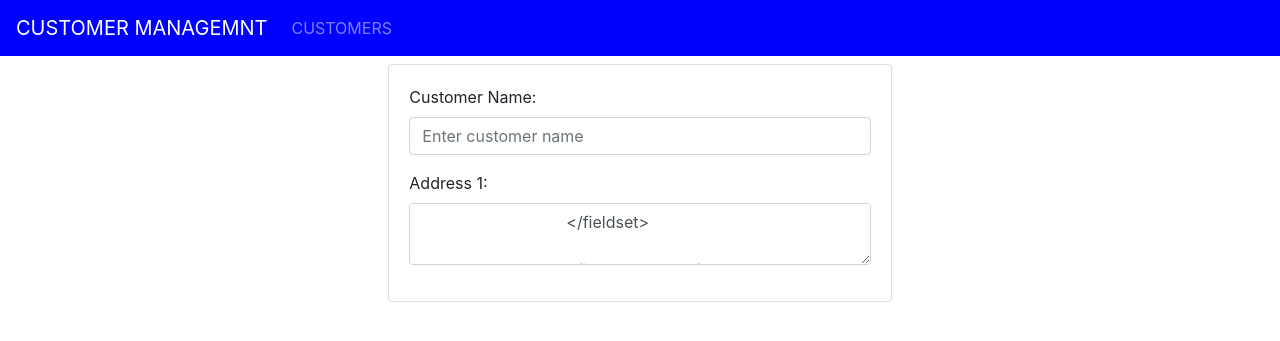
Repository: shruti-2522/webdirekt-assignment
Page: http://localhost/Customer-Project/customer-form.jsp
The author's editor kept a copy of each file at every save. The page is drawn from the files as they stood at one save, then again after the next save.
The browser window is 1280 px wide. The pictures show the whole page.
The page is served by Tomcat 9.

Above is the page before, as saved 2021-07-05 10:34:59.

After the next save:
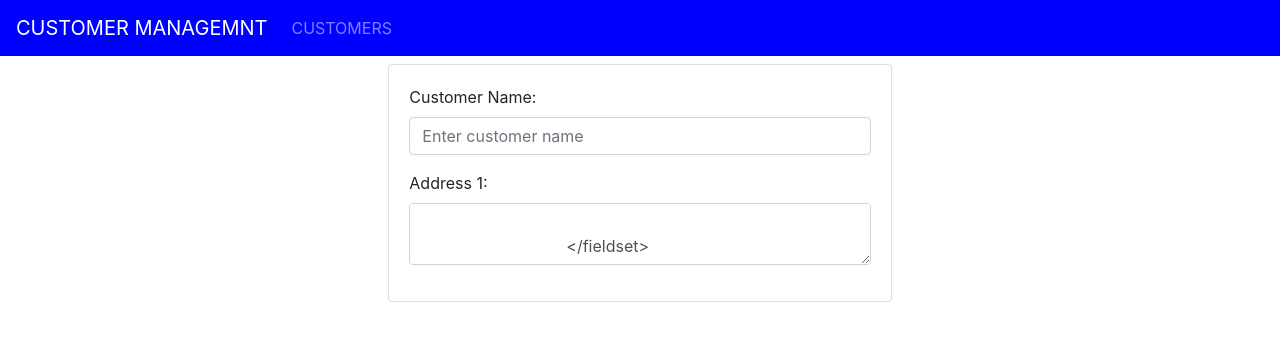
Saved 17 s later.
--- a/Customer-Project/src/main/webapp/customer-form.jsp
+++ b/Customer-Project/src/main/webapp/customer-form.jsp
@@ -39,13 +39,17 @@
 
 
 				<fieldset class="form-group">
-					<label>Address 1:</label> <textarea
-						class="form-control" placeholder="Enter address here" required>
+					<label>Address 1:</label>
+					<textarea class="form-control" placeholder="Enter address here"
+						required>
+
 				</fieldset>
 
 				<fieldset class="form-group">
-					<label>Address 2:</label> <input type="text"
-						class="form-control" placeholder="Enter customer name" required>
+					<label>Address 2:</label>
+					<textarea class="form-control" placeholder="Enter address here"
+						required>
+
 				</fieldset>
 
 			</div>
